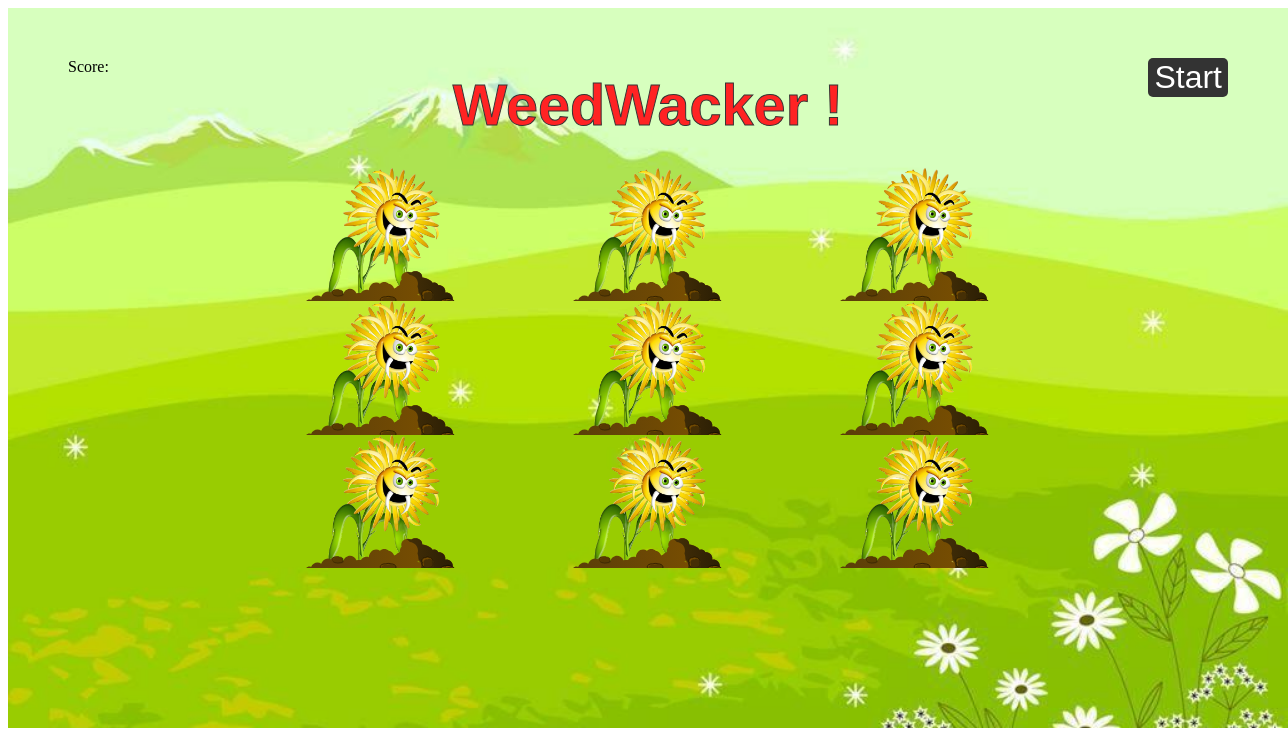
Repository: AustinW24/weedwacker
Page: index.html
The author's editor kept a copy of each file at every save. The page is drawn from the files as they stood at one save, then again after a run of saves.
The browser window is 1280 px wide. The page is 1288 px wide, so the pictures cover 1288 px, including what lies to the right of the window. The pictures show the whole page.
Some web fonts or font styles are not loaded; a fallback is used.

Above is the page before, as saved 2022-02-09 10:32:07.

### index.html
<!DOCTYPE html>
<html lang="en">

<head>
    <meta charset="UTF-8">
    <meta name="viewport" content="width=device-width, initial-scale=1.0">
    <meta http-equiv="X-UA-Compatible" content="ie=edge">
    <title>WeedWacker</title>
    <link href="http://fonts.cdnfonts.com/css/common-pixel" rel="stylesheet">
    <link rel="stylesheet" href="style.css">
</head>

<body>
    <div class="container">

        <div class="score">Score: </div>
        <div class="heading">
            <h1 class="title">WeedWacker !</h1>
        </div>
        <div class="start">
            <button onClick="startGame()">Start</button>
        </div>
        <div class="game">
            <div class="hole hole1">
                <div class="plant"></div>
            </div>
            <div class="hole hole2">
                <div class="plant"></div>
            </div>
            <div class="hole hole3">
                <div class="plant"></div>
            </div>
            <div class="hole hole4">
                <div class="plant"></div>
            </div>
            <div class="hole hole5">
                <div class="plant"></div>
            </div>
            <div class="hole hole6">
                <div class="plant"></div>
            </div>
            <div class="hole hole7">
                <div class="plant"></div>
            </div>
            <div class="hole hole8">
                <div class="plant"></div>
            </div>
            <div class="hole hole9">
                <div class="plant"></div>
            </div>
        </div>

    </div>
    <script src="main.js"></script>
</body>

</html>

### style.css
html{
    box-sizing: border-box;
    margin: 0 auto;
}

*, *:before, *:after {
    box-sizing: inherit;
}

.container {
    height: 100vh;
    width: 100vw;
    background: url("/assets/wwbackground.jpg") no-repeat center;
    background-size: 100%;
    display: flex;
    align-items: center;
    justify-content: center;
    position: relative;
}

.game {
    display: flex;
    flex-wrap: wrap;
    width: 800px;
    height: 400px;
    margin: 0 auto;

    /* display: grid;
    place-items: center;
    grid-template-columns: repeat(3, 1fr);
    grid-template-rows: repeat(3, 1fr);
    column-gap: 10px;
    row-gap: 15px;
    width: 50%;
    height: 80%;
    position: absolute;
    bottom: 0;
    margin-bottom: 10px;
    margin-top: 20%;
    outline: 2px solid blue;
    justify-content: center; */
}

.hole {
    flex: 1 0 33.33%;
    overflow: hidden;
    position: relative;
}

.hole:after {
    display: block;
    background: url("/assets/dirt.svg") bottom center no-repeat;
    background-size: contain;
    content: '';
    position: absolute;
    width: 100%;
    height: 60px;
    z-index: 2;
    bottom: -30px;
}

.plant {
    background: url("/assets/evilweeds.png") bottom center no-repeat;
    background-size: 50%;
    top: 100%;
    height: 100%;
    width: 100%;
    transition: all 0.4s ease;
}

.hole.up .plant {
    top: 0;
}

button {
    font-size: 2rem;
    cursor: pointer;
    border: none;
    background: #333;
    color: #fff;
    border-radius: 5px;

}

.heading {
    display: flex;
    position: absolute;
    top: 0;
    margin-top: 2%;
    font-family: 'Common Pixel', sans-serif;
    color: rgb(255, 35, 35);
    font-size: 2vw;
    font-size: 4vh;
    -webkit-text-stroke-width: 1px;
    -webkit-text-stroke-color: rgb(53, 53, 53);
}

.score {
    left: 0;
    position: absolute;
    top: 0;
    margin-top: 50px;
    margin-left: 60px;
}
.start {
    right: 0;
    position: absolute;
    top: 0;
    margin-top: 50px;
    margin-right: 60px;
}

### main.js
let score = 0;

Loaded but not shown: assets/dirt.svg (40 lines, source omitted)

After the next 2 saves:
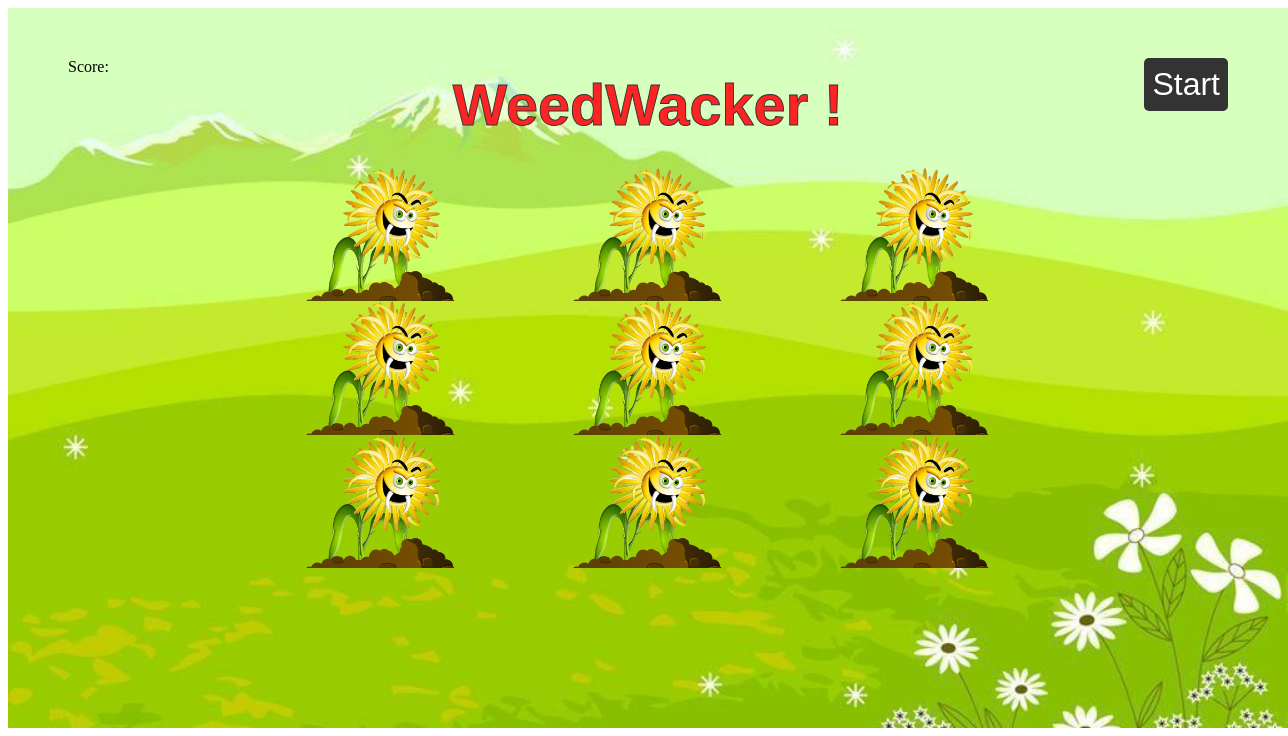
The 2 saves are shown as one change because they came seconds apart.
The last was saved 8 s later.
--- a/style.css
+++ b/style.css
@@ -79,7 +79,7 @@ button {
     background: #333;
     color: #fff;
     border-radius: 5px;
-
+    padding: 0.5rem;
 }
 
 .heading {
